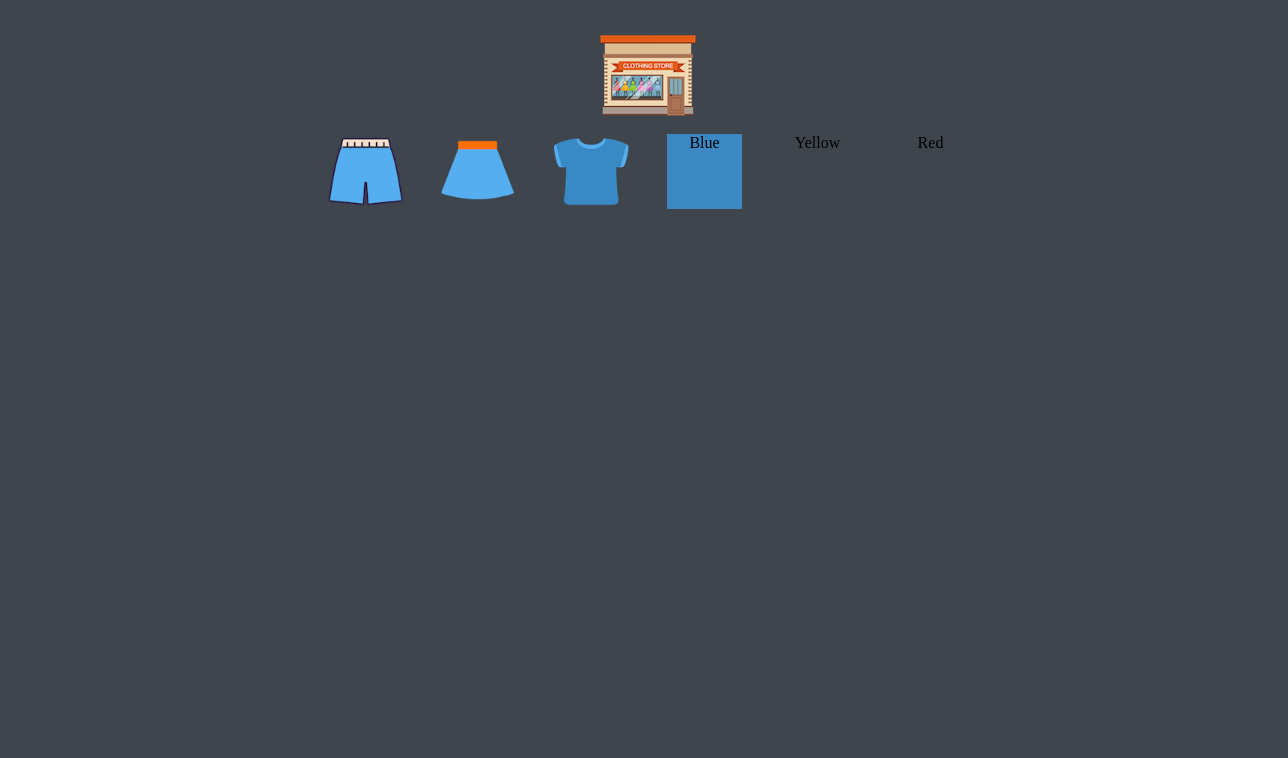
Repository: Jay-JYKim91/elle-shopping-mall
Page: index.html
An editor plug-in stored every save of this project. The page is shown before and after the next save, followed by the edit.
The browser window is 1280 px wide. The page is 1288 px wide, so the pictures cover 1288 px, including what lies to the right of the window. The pictures show the whole page.

Above is the page before, as saved 2021-07-26 19:32:04.

### index.html
<!DOCTYPE html>
<html lang="en">
  <head>
    <meta charset="UTF-8" />
    <meta name="viewport" content="width=device-width, initial-scale=1.0" />
    <title>Online Shopping</title>
    <link rel="stylesheet" href="style.css" />
    <script src="src/main.js" defer></script>
  </head>
  <body>
    <div class="container">
      <div class="logo">
        <img src="./img/logo.png" alt="logo">
      </div>
      <div class="options">
        <img src="./img/blue_p.png" alt="">
        <img src="./img/blue_s.png" alt="">
        <img src="./img/blue_t.png" alt="">
        <div class="color-box blue">Blue</div>
        <div class="color-box yellow">Yellow</div>
        <div class="color-box red">Red</div>
      </div>
      <div class="lists">

      </div>
    </div>
  </body>
</html>

### style.css
:root {
  /* color */
  --color-black: #3f454d;
  --color-white: #ffffff;
  --color-blue: #3b88c3;
  --color-yellow: #fbbe28;
  --color-pink: #fd7f84;
  --color-light-grey: #dfdfdf;
}

* {
  box-sizing: border-box;
}
body {
  background-color: var(--color-black);
  height: 100vh;
  width: 100vw;
}
.container {
  text-align: center;
  width: 50vw;
  height: 70vh;
  margin: 30px auto;
}
.options {
  display: flex;
  justify-content: space-between;
}
.options img {
  width: 75px;
  height: 75px;
}
.color-box {
  width: 75px;
  height: 75px;
  text-align: center;
  vertical-align: center;
}
.blue {
  background-color: var(--color-blue);
}

Loaded but not shown: src/main.js (no copy from this time; the picture is the same without it)

After the next save:
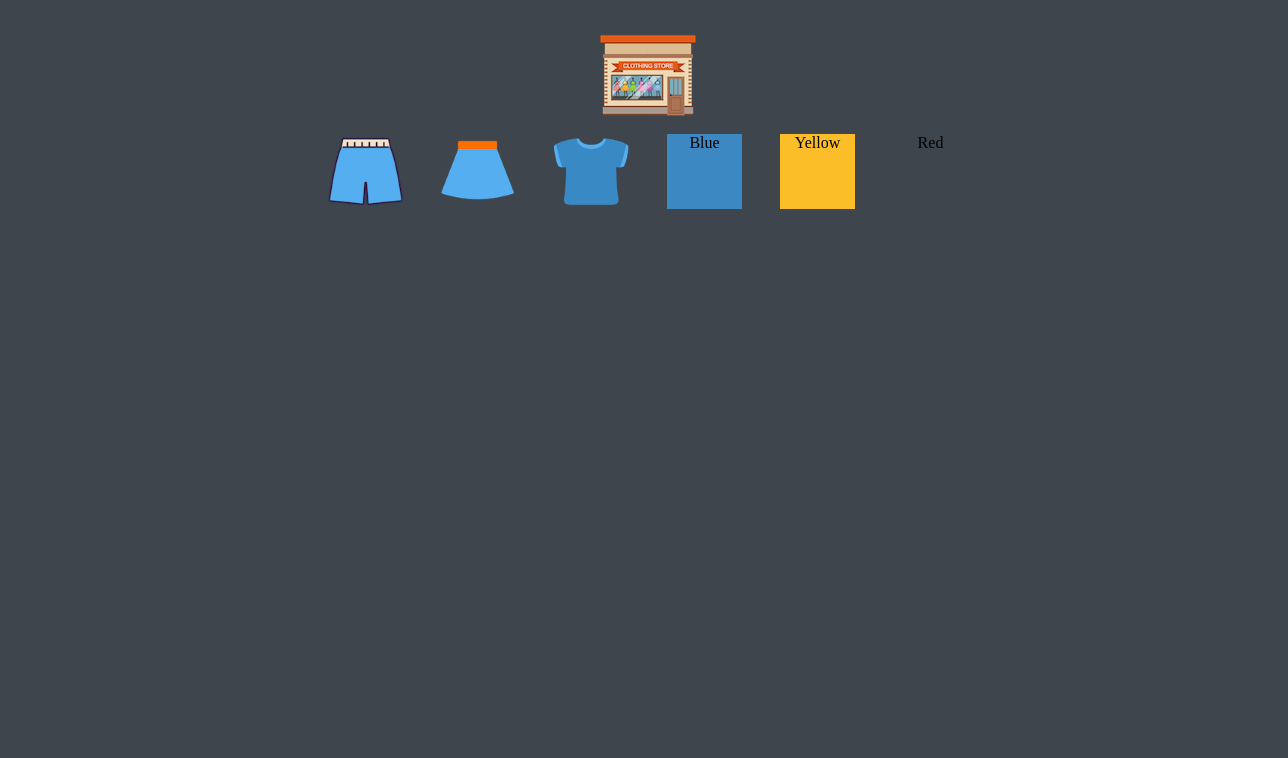
Saved 26 s later.
--- a/style.css
+++ b/style.css
@@ -39,3 +39,9 @@ body {
 .blue {
   background-color: var(--color-blue);
 }
+.yellow {
+  background-color: var(--color-yellow);
+}
+.pink {
+  background-color: var(--color-pink);
+}
